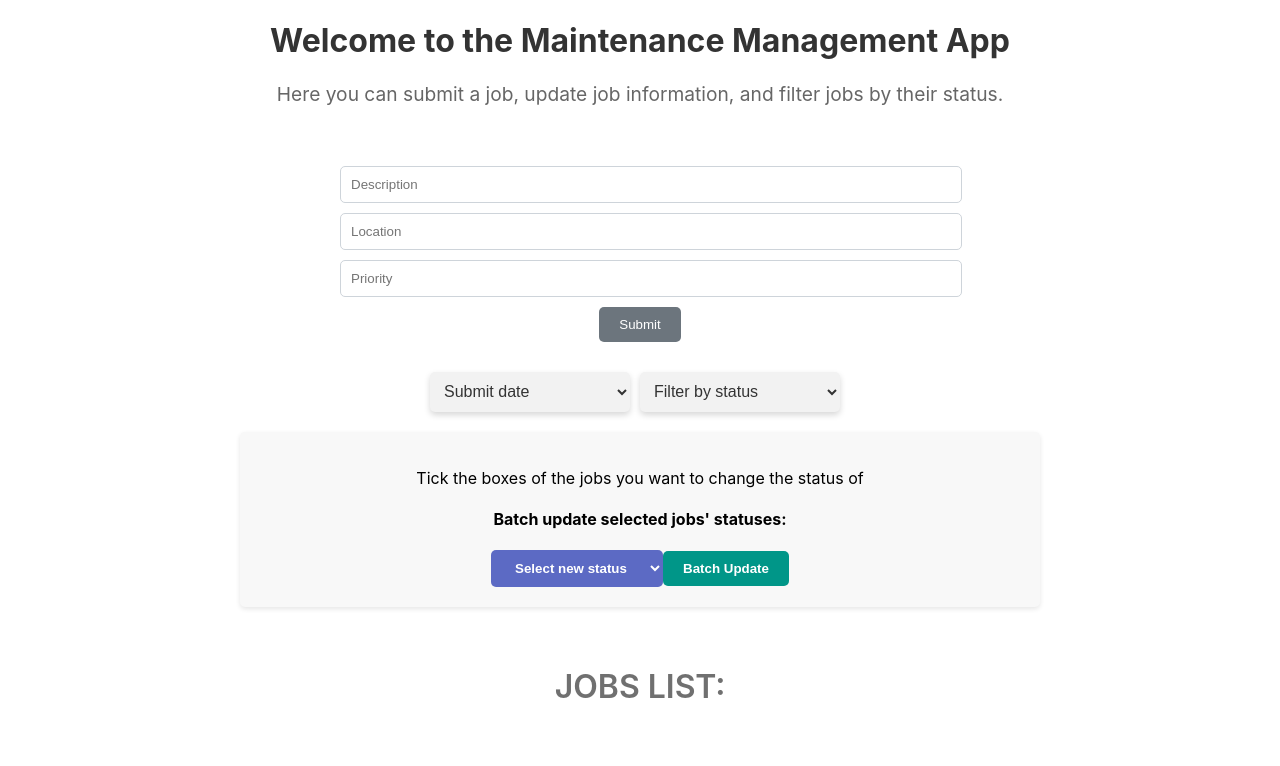
Repository: mikasteyn999/Maintenance-Manager-App
Page: / (app in frontend/)
These files come from the project's save history. The page is drawn as it stood at one moment and after the next save; the edit follows.
The browser window is 1280 px wide. The pictures show the whole page.
The page's requests for data from a server got no answer. The project was rebuilt for these pictures with package versions that can differ from the ones it lists, and the page was loaded fresh each time. No one was signed in, and anything a server would have sent is missing. Also part of the build but not shown: frontend/src/style/Job.css, frontend/src/components/Job.js, frontend/src/style/JobUpdateForm.css, frontend/src/components/JobUpdateForm.js.

Above is the page before, as saved 2023-06-05 16:54:01.

After the next save:
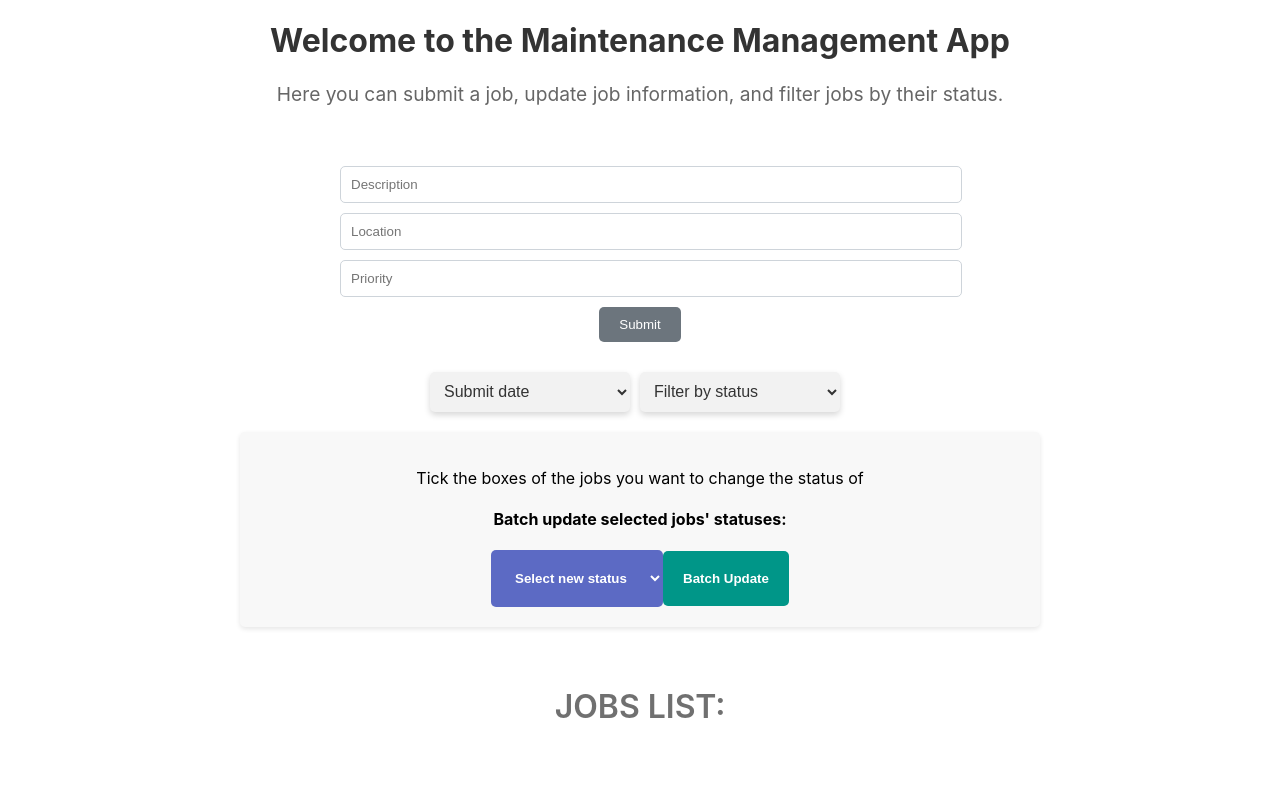
Saved 6 s later.
--- a/frontend/src/style/JobsList.css
+++ b/frontend/src/style/JobsList.css
@@ -50,7 +50,7 @@
 
 .batch-update select,
 .batch-update button {
-    padding: 10px 20px;
+    padding: 20px 20px;
     border: none;
     border-radius: 5px;
     background-color: #5c6ac4;
